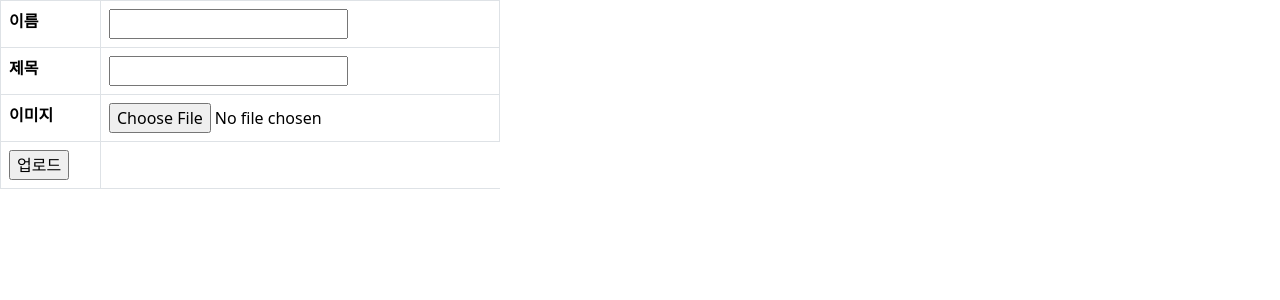
Repository: jini8293/Sist_04
Page: http://localhost/jspProject/multipart/uploadForm.jsp
These files come from the project's save history. The page is drawn as it stood at one moment and after a run of saves; the edit follows.
The browser window is 1280 px wide. The pictures show the whole page.
Some web fonts or font styles are not loaded; a fallback is used. The page is served by Tomcat 9. Other server files are loaded and not shown.

Above is the page before, as saved 2024-03-06 05:32:34.

### jspwork/jspProject/src/main/webapp/multipart/uploadForm.jsp
<%@ page language="java" contentType="text/html; charset=UTF-8"
	pageEncoding="UTF-8"%>
<!DOCTYPE html>
<html>
<head>
<meta charset="UTF-8">
<link
	href="https://fonts.googleapis.com/css2?family=Black+Han+Sans&family=Gowun+Dodum&family=IBM+Plex+Sans+KR&display=swap"
	rel="stylesheet">
<link
	href="https://cdn.jsdelivr.net/npm/bootstrap@5.3.2/dist/css/bootstrap.min.css"
	rel="stylesheet">
<script src="https://code.jquery.com/jquery-3.7.0.js"></script>
<title>Insert title here</title>
</head>
<body>
	<div>

		<form action="uploadProc.jsp" method="post"
			enctype="multipart/form-data">
			<table class="table table-bordered" style="width: 500px;">
				<tr>
					<th width="100">이름</th>
					<td><input type="text" name="name"></td>
				</tr>

				<tr>
					<th width="100">제목</th>
					<td><input type="text" name="subject"></td>
				</tr>

				<tr>
					<th width="100">이미지</th>
					<td><input type="file" name="uploadFile"></td>
				</tr>

				<tr>
					<td><input type="submit" value="업로드"></td>
				</tr>
			</table>


		</form>

	</div>

</body>
</html>

After the next 2 saves:
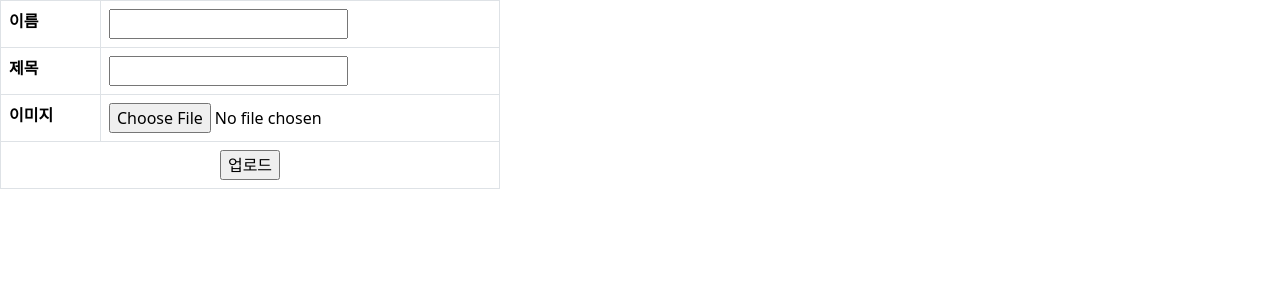
The 2 saves are shown as one change because they came seconds apart.
The last was saved 29 s later.
--- a/jspwork/jspProject/src/main/webapp/multipart/uploadForm.jsp
+++ b/jspwork/jspProject/src/main/webapp/multipart/uploadForm.jsp
@@ -35,7 +35,8 @@
 				</tr>
 
 				<tr>
-					<td><input type="submit" value="업로드"></td>
+					<td colspan="2" align="center"><input type="submit"
+						value="업로드"></td>
 				</tr>
 			</table>
 
